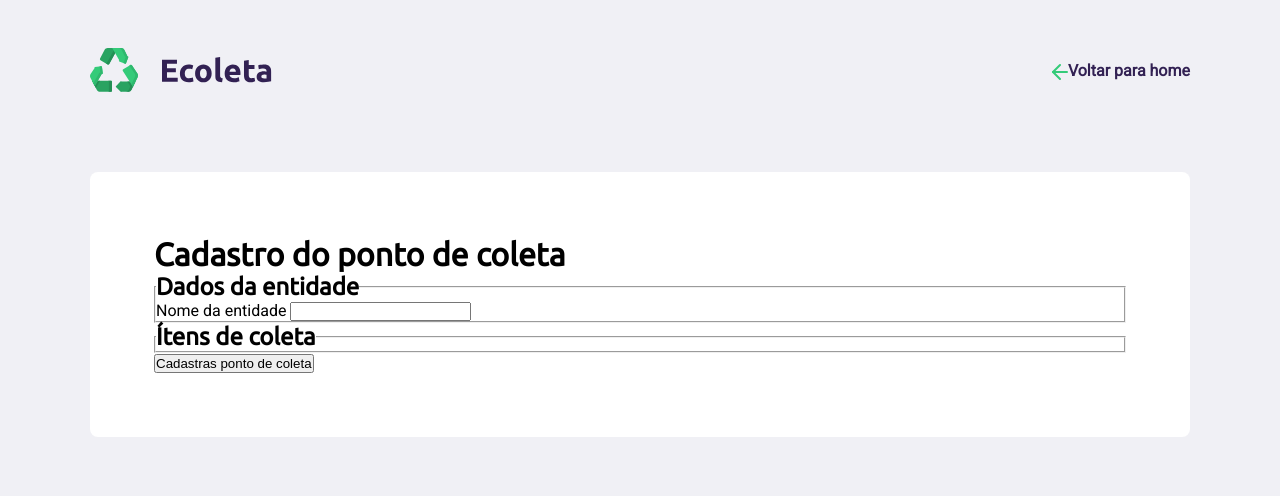
Repository: ivobass/NextLevelWeek
Page: create-point.html
The author's editor kept a copy of each file at every save. The page is drawn from the files as they stood at one save, then again after the next save.
The browser window is 1280 px wide. The pictures show the whole page.

Above is the page before, as saved 2020-06-02 23:22:39.

After the next save:
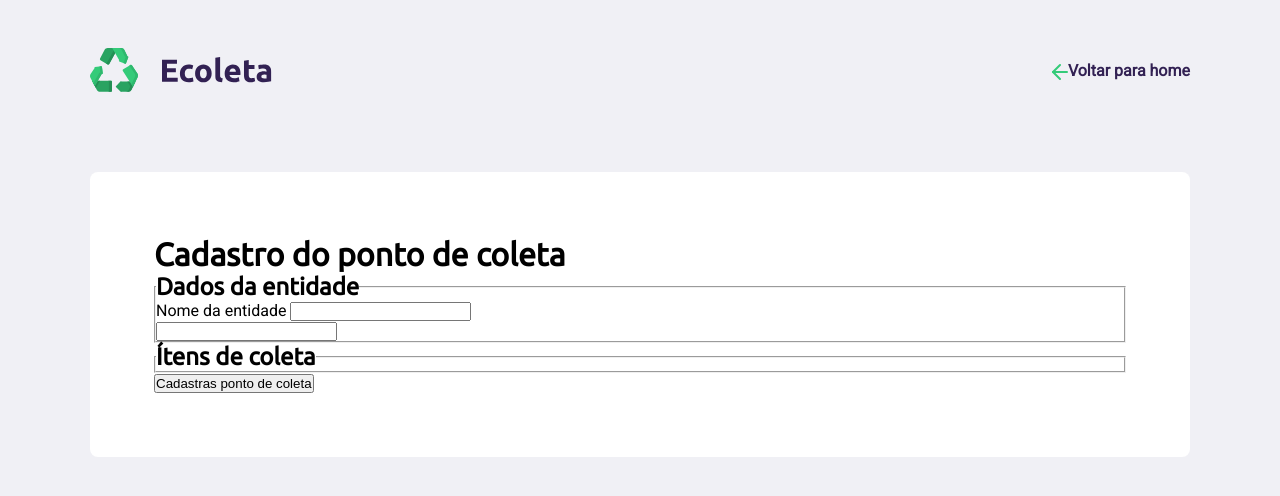
Saved 109 s later.
--- a/create-point.html
+++ b/create-point.html
@@ -38,8 +38,14 @@
                     <input type="text" name="name">
                 </div>
                 <div class="field-group">
-                    <div class="field"></div>
-                    <div class="field"></div>
+                    <div class="field">
+                        <label for="address"></label
+                            ><input type="text" name="address">
+
+                    </div>
+                    <div class="field">
+
+                    </div>
 
                 </div>
 
